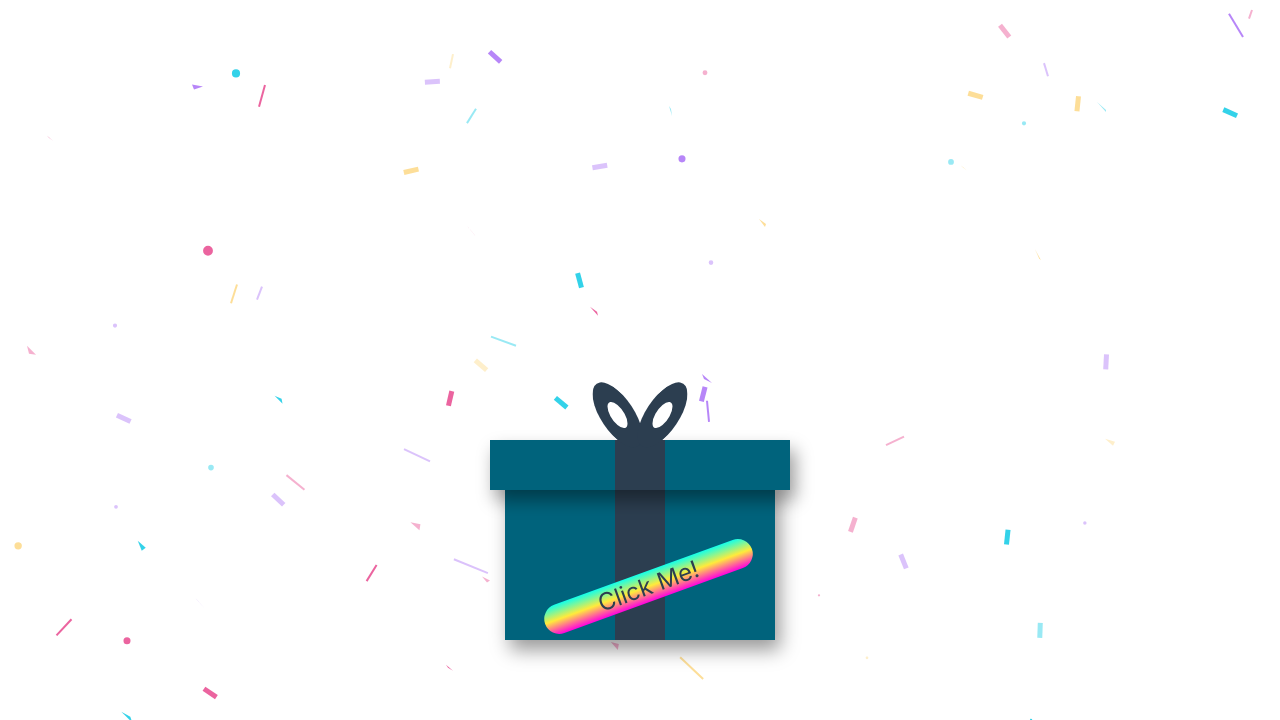
Repository: trongnghia161001/birth_day
Page: index.html
The author's editor kept a copy of each file at every save. The page is drawn from the files as they stood at one save, then again after the next save.
The browser window is 1280 px wide. The pictures show the whole page.

Above is the page before, as saved 2022-11-14 22:13:35.

### index.html
<!DOCTYPE html>
<html>

<head>
  <meta charset="utf-8" />
  <meta name="viewport" content="width=device-width" />
  <title>Happy Birthday!</title>

  <link rel="stylesheet" href="styles/flexbox-center-container.css" media="all">
  <link rel="stylesheet" href="styles/system-fonts.css" media="all">
  <link rel="stylesheet" href="styles/style.css" media="all">
</head>

<body>
  <canvas id=c></canvas>
  <canvas id="confetti"></canvas>
  <div class="container" id="count">
    <h1 id="head">Countdown to your birthday:</h1>
    <ul>
      <li><span id="day"></span>days</li>
      <li><span id="hour"></span>hours</li>
      <li><span id="minute"></span>minutes</li>
      <li><span id="second"></span>seconds</li>
    </ul>
  </div>
  <div id="merrywrap" class="merrywrap">
    <canvas id="snowfall"></canvas>
    <div class="giftbox">
      <div class="cover">
        <div></div>
      </div>
      <div class="box"></div>
    </div>
</body>
<script src="scripts/confetti.min.js" charset="utf-8"></script>
<script src="scripts/index.js" charset="utf-8"></script>

</html>

### styles/style.css
* {
  box-sizing: border-box;
  margin: 0;
  padding: 0;
}
canvas {
  position: absolute;
  top: 0;
  left: 0;
}
body {
  background: #ffffff;
  overflow: hidden;
}
.container {
  color: rgba(55, 59, 65, 0.8);
  font-family: Helvetica, sans-serif;
  font-weight: lighter;
  text-align: center;
}

h1 {
  font-weight: normal;
}
li {
  display: inline-block;
  font-size: 1.5em;
  list-style-type: none;
  padding: 1em;
  text-transform: uppercase;
}
li span {
  display: block;
  font-size: 4.5rem;
}
.merrywrap {
  position: absolute;
  right: 40px;
  left: 40px;
  bottom: 80px;
  top: 40px;
}
.giftbox {
  position: absolute;
  width: 300px;
  height: 200px;
  left: 50%;
  margin-left: -150px;
  bottom: 0;
  z-index: 10;
}


.giftbox > div {
  background: rgb(0, 99, 124);
  position: absolute;
  box-shadow: 5px 10px 18px rgba(0, 0, 0, 0.4);
}

.giftbox:hover > div {
  box-shadow: none;
  transition: 1s all;
}

.giftbox > div:after, .giftbox > div:before {
  position: absolute;
  content: "";
  top: 0;
}
.giftbox:after {
  position: absolute;
  color: #2C3E50;
  width: 100%;
  content: "Click Me!";
  left: 50px;
  bottom: 0;
  font-size: 24px;
  text-align: center;
  transform: rotate(-20deg);
  transform-origin: 0 0;
  background: linear-gradient(#14ffe9, #ffeb3b, #ff00e0);
  height: 30px;
  width: 220px;
  border-radius: 50px;
}

.giftbox:before {
  position: absolute;
  color: #2C3E50;
  width: 100%;
  content: "";
  left: 50px;
  bottom: 0;
  font-size: 24px;
  text-align: center;
  transform: rotate(-20deg);
  transform-origin: 0 0;
  background: #111;
  height: 20px;
  width: 200px;
  border-radius: 50px;
}

.giftbox .cover {
  width: 100%;
  top: 0;
  left: 0;
  height: 25%;
  z-index: 2;
}
.giftbox .cover:before {
  position: absolute;
  height: 100%;
  left: 50%;
  width: 50px;
  transform: translateX(-50%);
  background: #2C3E50;
}
.giftbox .cover > div {
  position: absolute;
  width: 50px;
  height: 50px;
  left: 50%;
  top: -50px;
  transform: translateX(-50%);
}
.giftbox .cover > div:before, .giftbox .cover > div:after {
  position: absolute;
  left: 0;
  top: 0;
  width: 100%;
  height: 100%;
  content: "";
  box-shadow: inset 0 0 0 15px #2C3E50;
  border-radius: 30px;
  transform-origin: 50% 100%;
}
.giftbox .cover > div:before {
  transform: translateX(-45%) skewY(40deg);
}
.giftbox .cover > div:after {
  transform: translateX(45%) skewY(-40deg);
}
.giftbox .box {
  right: 5%;
  left: 5%;
  height: 80%;
  bottom: 0;
}
.giftbox .box:before {
  width: 50px;
  height: 100%;
  left: 50%;
  transform: translateX(-50%);
  background: #2C3E50;
}
.giftbox .box:after {
  width: 100%;
  height: 30px;
  background: rgba(0, 0, 0, 0);
}
.step-1 .giftbox {
  animation: wobble 0.5s linear infinite forwards;
}
.step-1 .cover {
  animation: wobble 0.5s linear infinite 5s forwards;
}
.step-1 .icons .row span {
  opacity: 1;
}
.step-2 .giftbox:after {
  opacity: 0;
}
.step-3 .giftbox, .step-4 .giftbox {
  opacity: 0;
  z-index: 1;
}
.step-3 .giftbox:after, .step-4 .giftbox:after {
  opacity: 0;
}
.step-2 .giftbox .cover {
  animation: flyUp 2s ease-in forwards;
}
.step-2 .giftbox .box {
  animation: flyDown 2s ease-in 0.05s forwards;
}
@keyframes wobble {
  25% {
      transform: rotate(4deg);
 }
  75% {
      transform: rotate(-2deg);
 }
}
@keyframes flyUp {
  75% {
      opacity: 1;
 }
  100% {
      transform: translateY(-1000px) rotate(20deg);
      opacity: 0;
 }
}
@keyframes flyDown {
  75% {
      opacity: 1;
 }
  100% {
      transform: translateY(100%);
      opacity: 0;
 }
}

### scripts/index.js
const count = document.getElementById('count');
const head = document.getElementById('head');
const giftbox = document.getElementById('merrywrap');
const canvasC = document.getElementById('c');

const config = {
  birthdate: 'Jan 29, 2020',
  name: 'Darlene'
};

function hideEverything() {
  head.style.display = 'none';
  count.style.display = 'none';
  giftbox.style.display = 'none';
  canvasC.style.display = 'none';
}

hideEverything();

const confettiSettings = { target: 'confetti' };
const confetti = new window.ConfettiGenerator(confettiSettings);
confetti.render();

const second = 1000,
  minute = second * 60,
  hour = minute * 60,
  day = hour * 24;

let countDown = new Date(`${config.birthdate} 00:00:00`).getTime();
x = setInterval(function() {
  let now = new Date().getTime(),
    distance = countDown - now;

  document.getElementById('day').innerText = Math.floor(distance / day);
  document.getElementById('hour').innerText = Math.floor(
    (distance % day) / hour
  );
  document.getElementById('minute').innerText = Math.floor(
    (distance % hour) / minute
  );
  document.getElementById('second').innerText = Math.floor(
    (distance % minute) / second
  );

  let w = (c.width = window.innerWidth),
    h = (c.height = window.innerHeight),
    ctx = c.getContext('2d'),
    hw = w / 2, // half-width
    hh = h / 2,
    opts = {
      strings: ['HAPPY', 'BIRTHDAY!', config.name],
      charSize: 30,
      charSpacing: 35,
      lineHeight: 40,

      cx: w / 2,
      cy: h / 2,

      fireworkPrevPoints: 10,
      fireworkBaseLineWidth: 5,
      fireworkAddedLineWidth: 8,
      fireworkSpawnTime: 200,
      fireworkBaseReachTime: 30,
      fireworkAddedReachTime: 30,
      fireworkCircleBaseSize: 20,
      fireworkCircleAddedSize: 10,
      fireworkCircleBaseTime: 30,
      fireworkCircleAddedTime: 30,
      fireworkCircleFadeBaseTime: 10,
      fireworkCircleFadeAddedTime: 5,
      fireworkBaseShards: 5,
      fireworkAddedShards: 5,
      fireworkShardPrevPoints: 3,
      fireworkShardBaseVel: 4,
      fireworkShardAddedVel: 2,
      fireworkShardBaseSize: 3,
      fireworkShardAddedSize: 3,
      gravity: 0.1,
      upFlow: -0.1,
      letterContemplatingWaitTime: 360,
      balloonSpawnTime: 20,
      balloonBaseInflateTime: 10,
      balloonAddedInflateTime: 10,
      balloonBaseSize: 20,
      balloonAddedSize: 20,
      balloonBaseVel: 0.4,
      balloonAddedVel: 0.4,
      balloonBaseRadian: -(Math.PI / 2 - 0.5),
      balloonAddedRadian: -1
    },
    calc = {
      totalWidth:
        opts.charSpacing *
        Math.max(opts.strings[0].length, opts.strings[1].length)
    },
    Tau = Math.PI * 2,
    TauQuarter = Tau / 4,
    letters = [];

  ctx.font = opts.charSize + 'px Verdana';

  function Letter(char, x, y) {
    this.char = char;
    this.x = x;
    this.y = y;

    this.dx = -ctx.measureText(char).width / 2;
    this.dy = +opts.charSize / 2;

    this.fireworkDy = this.y - hh;

    let hue = (x / calc.totalWidth) * 360;

    this.color = 'hsl(hue,80%,50%)'.replace('hue', hue);
    this.lightAlphaColor = 'hsla(hue,80%,light%,alp)'.replace('hue', hue);
    this.lightColor = 'hsl(hue,80%,light%)'.replace('hue', hue);
    this.alphaColor = 'hsla(hue,80%,50%,alp)'.replace('hue', hue);

    this.reset();
  }
  Letter.prototype.reset = function() {
    this.phase = 'firework';
    this.tick = 0;
    this.spawned = false;
    this.spawningTime = (opts.fireworkSpawnTime * Math.random()) | 0;
    this.reachTime =
      (opts.fireworkBaseReachTime +
        opts.fireworkAddedReachTime * Math.random()) |
      0;
    this.lineWidth =
      opts.fireworkBaseLineWidth + opts.fireworkAddedLineWidth * Math.random();
    this.prevPoints = [[0, hh, 0]];
  };
  Letter.prototype.step = function() {
    if (this.phase === 'firework') {
      if (!this.spawned) {
        ++this.tick;
        if (this.tick >= this.spawningTime) {
          this.tick = 0;
          this.spawned = true;
        }
      } else {
        ++this.tick;

        let linearProportion = this.tick / this.reachTime,
          armonicProportion = Math.sin(linearProportion * TauQuarter),
          x = linearProportion * this.x,
          y = hh + armonicProportion * this.fireworkDy;

        if (this.prevPoints.length > opts.fireworkPrevPoints)
          this.prevPoints.shift();

        this.prevPoints.push([x, y, linearProportion * this.lineWidth]);

        let lineWidthProportion = 1 / (this.prevPoints.length - 1);

        for (let i = 1; i < this.prevPoints.length; ++i) {
          let point = this.prevPoints[i],
            point2 = this.prevPoints[i - 1];

          ctx.strokeStyle = this.alphaColor.replace(
            'alp',
            i / this.prevPoints.length
          );
          ctx.lineWidth = point[2] * lineWidthProportion * i;
          ctx.beginPath();
          ctx.moveTo(point[0], point[1]);
          ctx.lineTo(point2[0], point2[1]);
          ctx.stroke();
        }

        if (this.tick >= this.reachTime) {
          this.phase = 'contemplate';

          this.circleFinalSize =
            opts.fireworkCircleBaseSize +
            opts.fireworkCircleAddedSize * Math.random();
          this.circleCompleteTime =
            (opts.fireworkCircleBaseTime +
              opts.fireworkCircleAddedTime * Math.random()) |
            0;
          this.circleCreating = true;
          this.circleFading = false;

          this.circleFadeTime =
            (opts.fireworkCircleFadeBaseTime +
              opts.fireworkCircleFadeAddedTime * Math.random()) |
            0;
          this.tick = 0;
          this.tick2 = 0;

          this.shards = [];

          let shardCount =
              (opts.fireworkBaseShards +
                opts.fireworkAddedShards * Math.random()) |
              0,
            angle = Tau / shardCount,
            cos = Math.cos(angle),
            sin = Math.sin(angle),
            x = 1,
            y = 0;

          for (let i = 0; i < shardCount; ++i) {
            let x1 = x;
            x = x * cos - y * sin;
            y = y * cos + x1 * sin;

            this.shards.push(new Shard(this.x, this.y, x, y, this.alphaColor));
          }
        }
      }
    } else if (this.phase === 'contemplate') {
      ++this.tick;

      if (this.circleCreating) {
        ++this.tick2;
        let proportion = this.tick2 / this.circleCompleteTime,
          armonic = -Math.cos(proportion * Math.PI) / 2 + 0.5;

        ctx.beginPath();
        ctx.fillStyle = this.lightAlphaColor
          .replace('light', 50 + 50 * proportion)
          .replace('alp', proportion);
        ctx.beginPath();
        ctx.arc(this.x, this.y, armonic * this.circleFinalSize, 0, Tau);
        ctx.fill();

        if (this.tick2 > this.circleCompleteTime) {
          this.tick2 = 0;
          this.circleCreating = false;
          this.circleFading = true;
        }
      } else if (this.circleFading) {
        ctx.fillStyle = this.lightColor.replace('light', 70);
        ctx.fillText(this.char, this.x + this.dx, this.y + this.dy);

        ++this.tick2;
        let proportion = this.tick2 / this.circleFadeTime,
          armonic = -Math.cos(proportion * Math.PI) / 2 + 0.5;

        ctx.beginPath();
        ctx.fillStyle = this.lightAlphaColor
          .replace('light', 100)
          .replace('alp', 1 - armonic);
        ctx.arc(this.x, this.y, this.circleFinalSize, 0, Tau);
        ctx.fill();

        if (this.tick2 >= this.circleFadeTime) this.circleFading = false;
      } else {
        ctx.fillStyle = this.lightColor.replace('light', 70);
        ctx.fillText(this.char, this.x + this.dx, this.y + this.dy);
      }

      for (let i = 0; i < this.shards.length; ++i) {
        this.shards[i].step();

        if (!this.shards[i].alive) {
          this.shards.splice(i, 1);
          --i;
        }
      }

      if (this.tick > opts.letterContemplatingWaitTime) {
        this.phase = 'balloon';

        this.tick = 0;
        this.spawning = true;
        this.spawnTime = (opts.balloonSpawnTime * Math.random()) | 0;
        this.inflating = false;
        this.inflateTime =
          (opts.balloonBaseInflateTime +
            opts.balloonAddedInflateTime * Math.random()) |
          0;
        this.size =
          (opts.balloonBaseSize + opts.balloonAddedSize * Math.random()) | 0;

        let rad =
            opts.balloonBaseRadian + opts.balloonAddedRadian * Math.random(),
          vel = opts.balloonBaseVel + opts.balloonAddedVel * Math.random();

        this.vx = Math.cos(rad) * vel;
        this.vy = Math.sin(rad) * vel;
      }
    } else if (this.phase === 'balloon') {
      ctx.strokeStyle = this.lightColor.replace('light', 80);

      if (this.spawning) {
        ++this.tick;
        ctx.fillStyle = this.lightColor.replace('light', 70);
        ctx.fillText(this.char, this.x + this.dx, this.y + this.dy);

        if (this.tick >= this.spawnTime) {
          this.tick = 0;
          this.spawning = false;
          this.inflating = true;
        }
      } else if (this.inflating) {
        ++this.tick;

        let proportion = this.tick / this.inflateTime,
          x = (this.cx = this.x),
          y = (this.cy = this.y - this.size * proportion);

        ctx.fillStyle = this.alphaColor.replace('alp', proportion);
        ctx.beginPath();
        generateBalloonPath(x, y, this.size * proportion);
        ctx.fill();

        ctx.beginPath();
        ctx.moveTo(x, y);
        ctx.lineTo(x, this.y);
        ctx.stroke();

        ctx.fillStyle = this.lightColor.replace('light', 70);
        ctx.fillText(this.char, this.x + this.dx, this.y + this.dy);

        if (this.tick >= this.inflateTime) {
          this.tick = 0;
          this.inflating = false;
        }
      } else {
        this.cx += this.vx;
        this.cy += this.vy += opts.upFlow;

        ctx.fillStyle = this.color;
        ctx.beginPath();
        generateBalloonPath(this.cx, this.cy, this.size);
        ctx.fill();

        ctx.beginPath();
        ctx.moveTo(this.cx, this.cy);
        ctx.lineTo(this.cx, this.cy + this.size);
        ctx.stroke();

        ctx.fillStyle = this.lightColor.replace('light', 70);
        ctx.fillText(
          this.char,
          this.cx + this.dx,
          this.cy + this.dy + this.size
        );

        if (this.cy + this.size < -hh || this.cx < -hw || this.cy > hw)
          this.phase = 'done';
      }
    }
  };

  function Shard(x, y, vx, vy, color) {
    let vel =
      opts.fireworkShardBaseVel + opts.fireworkShardAddedVel * Math.random();

    this.vx = vx * vel;
    this.vy = vy * vel;

    this.x = x;
    this.y = y;

    this.prevPoints = [[x, y]];
    this.color = color;

    this.alive = true;

    this.size =
      opts.fireworkShardBaseSize + opts.fireworkShardAddedSize * Math.random();
  }
  Shard.prototype.step = function() {
    this.x += this.vx;
    this.y += this.vy += opts.gravity;

    if (this.prevPoints.length > opts.fireworkShardPrevPoints)
      this.prevPoints.shift();

    this.prevPoints.push([this.x, this.y]);

    let lineWidthProportion = this.size / this.prevPoints.length;

    for (let k = 0; k < this.prevPoints.length - 1; ++k) {
      let point = this.prevPoints[k],
        point2 = this.prevPoints[k + 1];

      ctx.strokeStyle = this.color.replace('alp', k / this.prevPoints.length);
      ctx.lineWidth = k * lineWidthProportion;
      ctx.beginPath();
      ctx.moveTo(point[0], point[1]);
      ctx.lineTo(point2[0], point2[1]);
      ctx.stroke();
    }

    if (this.prevPoints[0][1] > hh) this.alive = false;
  };

  function generateBalloonPath(x, y, size) {
    ctx.moveTo(x, y);
    ctx.bezierCurveTo(
      x - size / 2,
      y - size / 2,
      x - size / 4,
      y - size,
      x,
      y - size
    );
    ctx.bezierCurveTo(x + size / 4, y - size, x + size / 2, y - size / 2, x, y);
  }

  function anim() {
    window.requestAnimationFrame(anim);

    ctx.fillStyle = '#fff';
    ctx.fillRect(0, 0, w, h);

    ctx.translate(hw, hh);

    let done = true;
    for (let l = 0; l < letters.length; ++l) {
      letters[l].step();
      if (letters[l].phase !== 'done') done = false;
    }

    ctx.translate(-hw, -hh);

    if (done) for (let l = 0; l < letters.length; ++l) letters[l].reset();
  }

  for (let i = 0; i < opts.strings.length; ++i) {
    for (let j = 0; j < opts.strings[i].length; ++j) {
      letters.push(
        new Letter(
          opts.strings[i][j],
          j * opts.charSpacing +
            opts.charSpacing / 2 -
            (opts.strings[i].length * opts.charSize) / 2,
          i * opts.lineHeight +
            opts.lineHeight / 2 -
            (opts.strings.length * opts.lineHeight) / 2
        )
      );
    }
  }

  window.addEventListener('resize', function() {
    w = c.width = window.innerWidth;
    h = c.height = window.innerHeight;

    hw = w / 2;
    hh = h / 2;

    ctx.font = opts.charSize + 'px Verdana';
  });

  if (distance > 0) {
    head.style.display = 'initial';
    count.style.display = 'initial';
  } else {
    head.style.display = 'none';
    count.style.display = 'none';
    giftbox.style.display = 'initial';
    clearInterval(x);
    let merrywrap = document.getElementById('merrywrap');
    let box = merrywrap.getElementsByClassName('giftbox')[0];
    let step = 1;
    let stepMinutes = [2000, 2000, 1000, 1000];

    function init() {
      box.addEventListener('click', openBox, false);
      box.addEventListener('click', showfireworks, false);
    }

    function stepClass(step) {
      merrywrap.className = 'merrywrap';
      merrywrap.className = 'merrywrap step-' + step;
    }

    function openBox() {
      if (step === 1) {
        box.removeEventListener('click', openBox, false);
      }
      stepClass(step);
      if (step === 3) {
      }
      if (step === 4) {
        return;
      }
      setTimeout(openBox, stepMinutes[step - 1]);
      step++;
      //   setTimeout(anim, 1900);
    }

    function showfireworks() {
      canvasC.style.display = 'initial';
      setTimeout(anim, 1500);
    }

    init();
  }

  // if (distance < 0) {
  //     clearInterval(x);
  //     console.log("happy birthday");
  // }
}, second);

Loaded but not shown: styles/flexbox-center-container.css (common file); styles/system-fonts.css (common file); scripts/confetti.min.js (library)

After the next save:
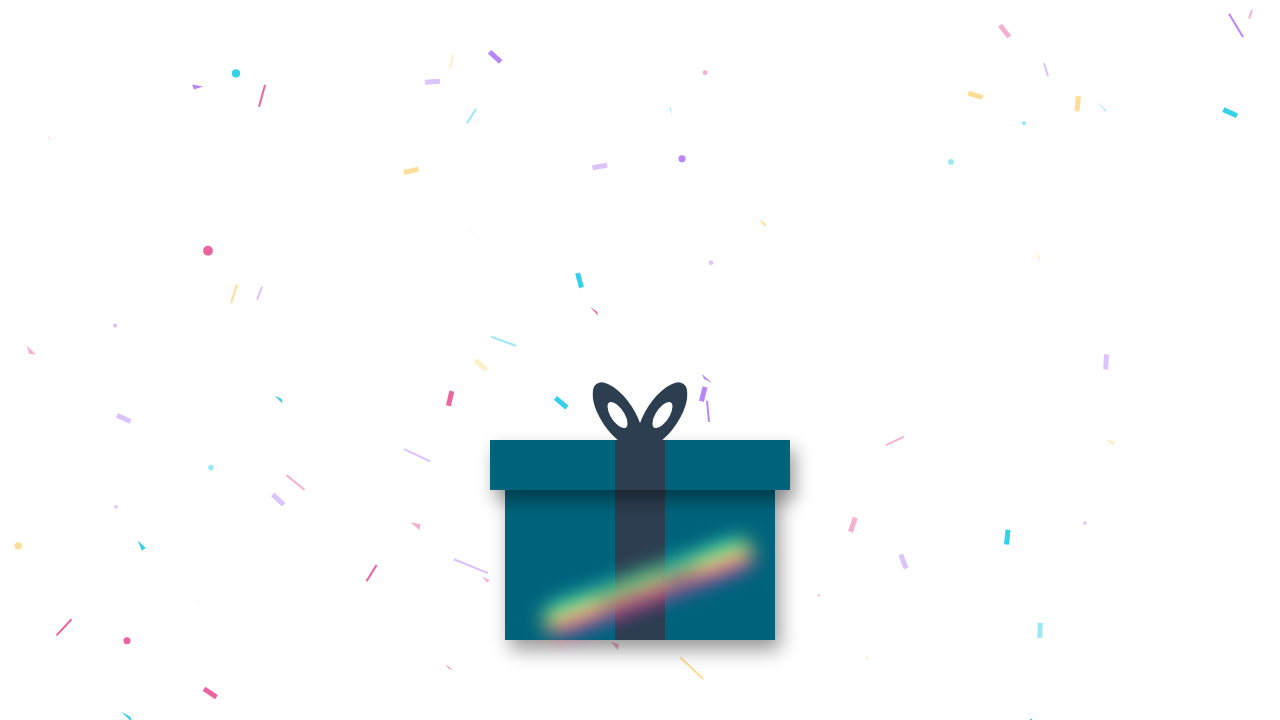
Saved 3 min 59 s later.
--- a/styles/style.css
+++ b/styles/style.css
@@ -82,23 +82,11 @@ li span {
   height: 30px;
   width: 220px;
   border-radius: 50px;
-}
-
-.giftbox:before {
-  position: absolute;
-  color: #2C3E50;
-  width: 100%;
-  content: "";
-  left: 50px;
-  bottom: 0;
-  font-size: 24px;
-  text-align: center;
-  transform: rotate(-20deg);
-  transform-origin: 0 0;
-  background: #111;
-  height: 20px;
-  width: 200px;
-  border-radius: 50px;
+  filter: blur(10px);
+}
+
+.giftbox:after:hover {
+
 }
 
 .giftbox .cover {
